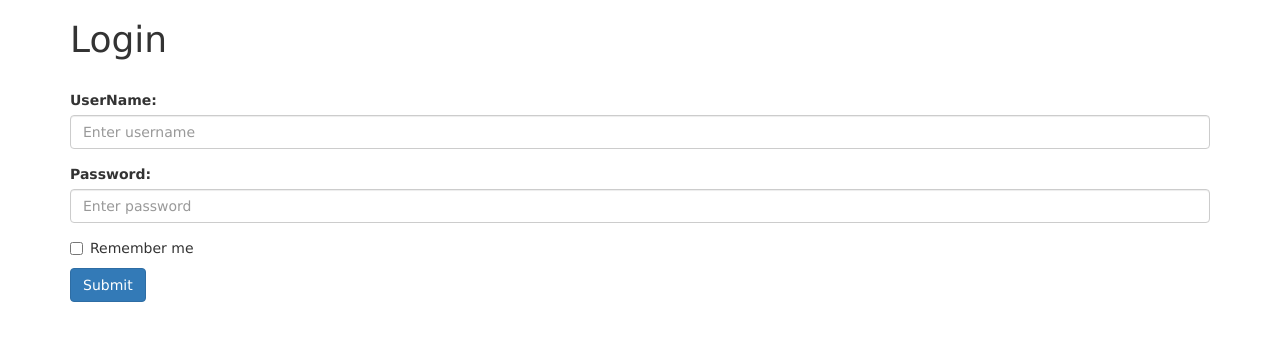
Repository: ahpraveen/springbootdemo
Page: demo/src/main/resources/static/login.html
These files come from the project's save history. The page is drawn as it stood at one moment and after the next save; the edit follows.
The browser window is 1280 px wide. The pictures show the whole page.
Some web libraries are served in a nearby version.

Above is the page before, as saved 2018-01-22 01:00:02.

### demo/src/main/resources/static/login.html
<!DOCTYPE html>
<html>
<head>
<title>Login to Rewards+</title>
<meta charset="utf-8">
<meta name="viewport" content="width=device-width, initial-scale=1">
<link rel="stylesheet" href="https://maxcdn.bootstrapcdn.com/bootstrap/3.3.7/css/bootstrap.min.css">
<script src="https://ajax.googleapis.com/ajax/libs/jquery/3.2.1/jquery.min.js"></script>
<script src="https://maxcdn.bootstrapcdn.com/bootstrap/3.3.7/js/bootstrap.min.js"></script>
<style>
div{
font-family:verdana;
}
</style>
</head>
<body>
<div class="container">
<h1>Login</h1><br>
<form>
	<div class="form-group">
      <label for="userName">UserName:</label>
      <input type="text" class="form-control" id="username" placeholder="Enter username" name="username">
    </div>
    <div class="form-group">
      <label for="pwd">Password:</label>
      <input type="password" class="form-control" id="pwd" placeholder="Enter password" name="pwd">
    </div>
    <div class="checkbox">
      <label><input type="checkbox" name="remember"> Remember me</label>
    </div>
    <button type="submit" class="btn btn-primary">Submit</button>
</form>
</div>
</body>
</html>

After the next save:
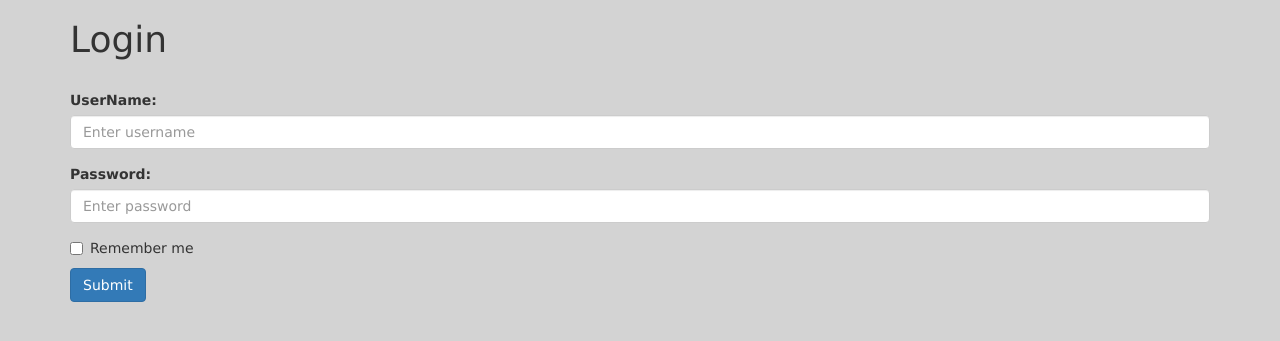
Saved 3 min 41 s later.
--- a/demo/src/main/resources/static/login.html
+++ b/demo/src/main/resources/static/login.html
@@ -8,6 +8,9 @@
 <script src="https://ajax.googleapis.com/ajax/libs/jquery/3.2.1/jquery.min.js"></script>
 <script src="https://maxcdn.bootstrapcdn.com/bootstrap/3.3.7/js/bootstrap.min.js"></script>
 <style>
+body{
+background-color:lightgrey;
+}
 div{
 font-family:verdana;
 }
